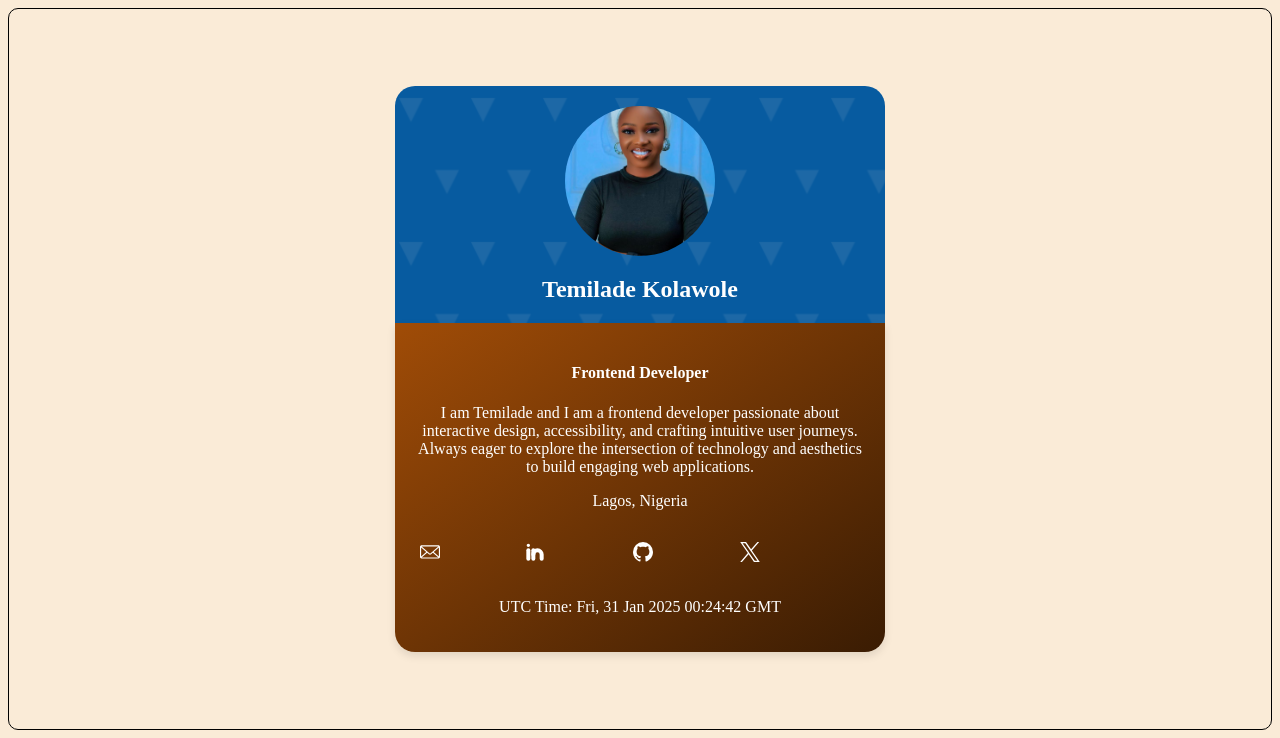
Repository: KolawoleTemilade/ticket-guarantor
Page: profilecard/index..html
These files come from the project's save history. The page is drawn as it stood at one moment and after the next save; the edit follows.
The browser window is 1280 px wide. The pictures show the whole page.

Above is the page before, as saved 2025-02-05 01:32:01.

After the next save:
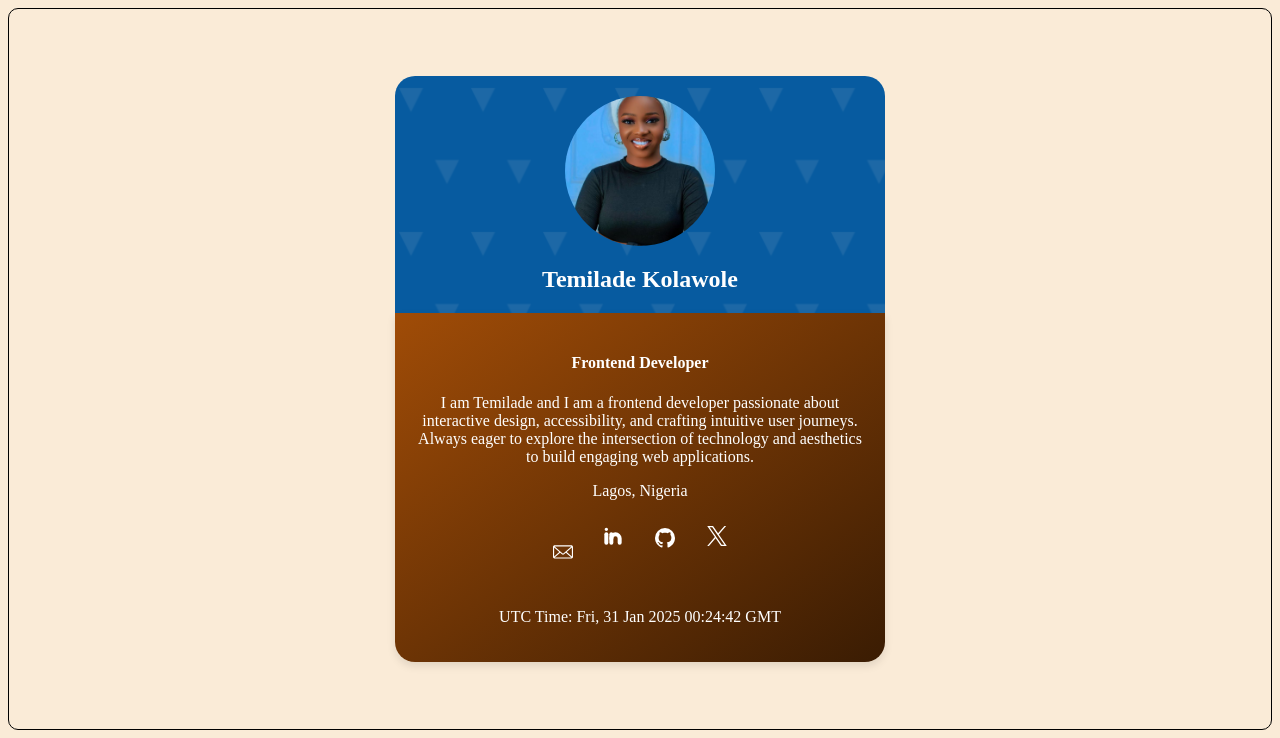
Saved 7 s later.
--- a/profilecard/style.css
+++ b/profilecard/style.css
@@ -45,17 +45,25 @@
   font-size: 24px;
 }
 
+.social-links {
+  display: flex;
+  justify-content: center;
+  gap: 20px;
+  margin: 15px auto;
+  padding: 10px 0;
+  width: 100%;
+}
+
 a {
   margin: 0 5px;
   text-decoration: none;
   color: white;
+  transition: all 0.3s ease;
 }
-.social-links {
-  display: flex;
-  justify-content: space-between;
-  align-items: center;
-  max-width: 350px;
 
+a:hover {
+  color: #ffd700;
+  transform: translateY(-2px);
 }
 
 
